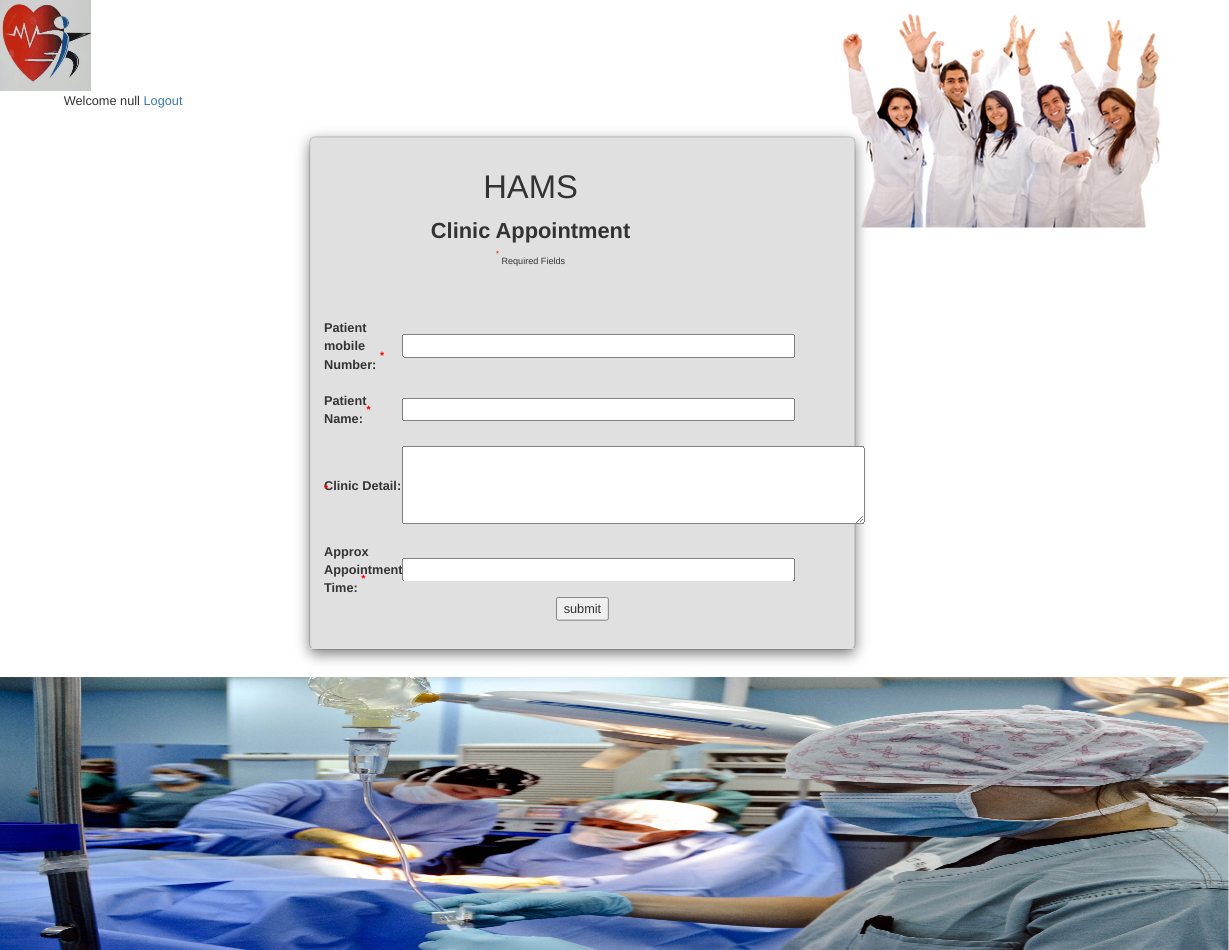
Repository: shiveshk/PullData
Page: http://localhost/Hams/edit.jsp
An editor plug-in stored every save of this project. The page is shown before and after the next save, followed by the edit.
The browser window is 1280 px wide. The page is 1350 px wide, so the pictures cover 1350 px, including what lies to the right of the window. The pictures show the whole page, at 91% of full size.
The page is served by Tomcat 9. Nobody is signed in. The application's start-up code is not run.

Above is the page before, as saved 2015-11-09 12:03:47.
Console error (its wording comes from the project's code and is left out).

After the next save:
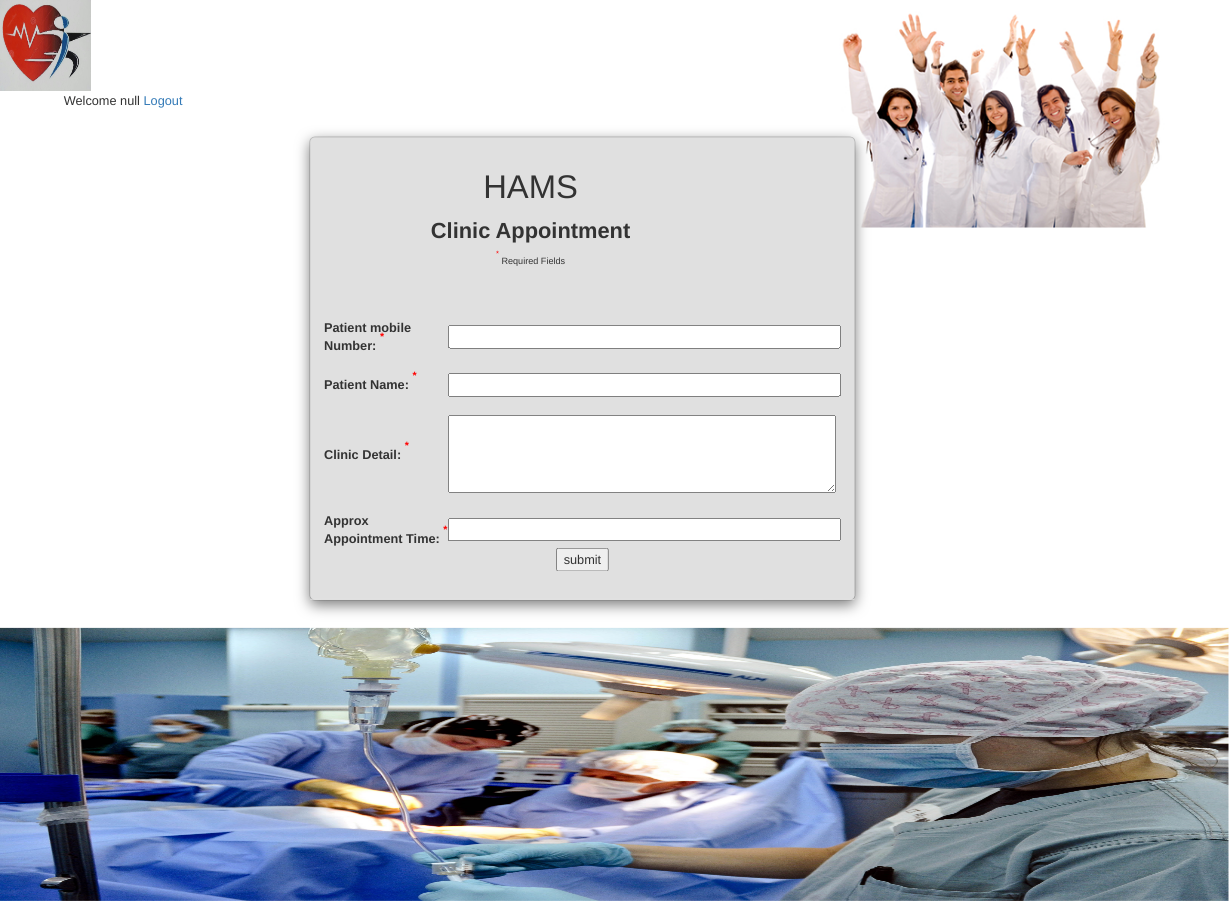
Saved 7 s later.
--- a/Hams/WebContent/edit.jsp
+++ b/Hams/WebContent/edit.jsp
@@ -50,7 +50,7 @@ out.println("Welcome "+username);
 
 	<tr class="row3">
 	 	<td><b>Clinic Detail: <sup>*</sup></b> </td>
-	 	<td><textarea  id="clinic_detail" name="clinic_detail" cols="60" rows="4" ... ></textarea></td>
+	 	<td><textarea  id="clinic_detail" name="clinic_detail" cols="50" rows="4" ... ></textarea></td>
 
 	 </tr>
 
